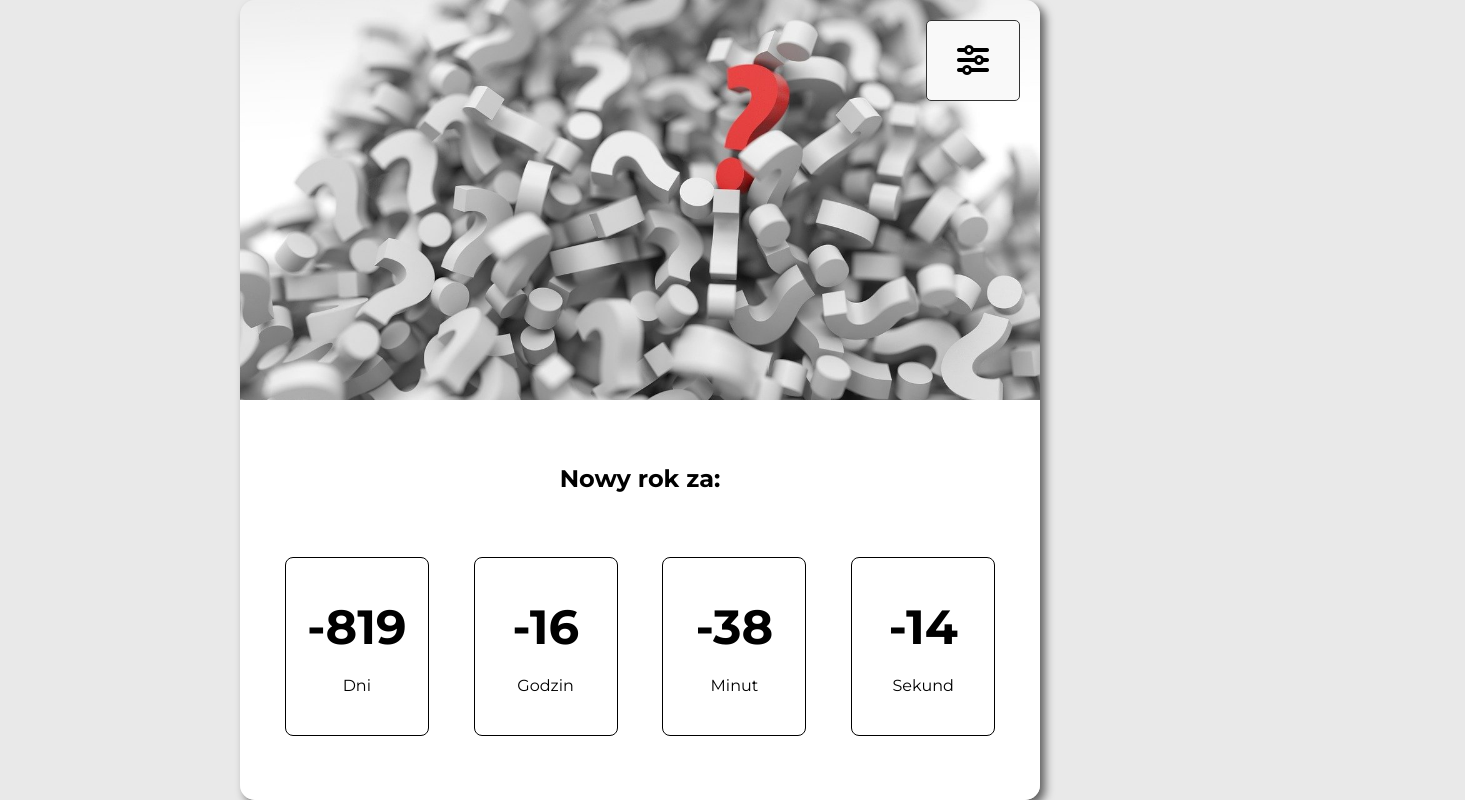
Repository: kimi1723/Countdown-timer
Page: index.html
These files come from the project's save history. The page is drawn as it stood at one moment and after the next save; the edit follows.
The browser window is 1280 px wide. The page is 1280 px wide, then 1465 px, so the pictures cover 1465 px, including what lies to the right of the window. The pictures show the whole page.
Some web libraries are served in a nearby version.

Above is the page before, as saved 2023-03-30 23:30:51.

After the next save:
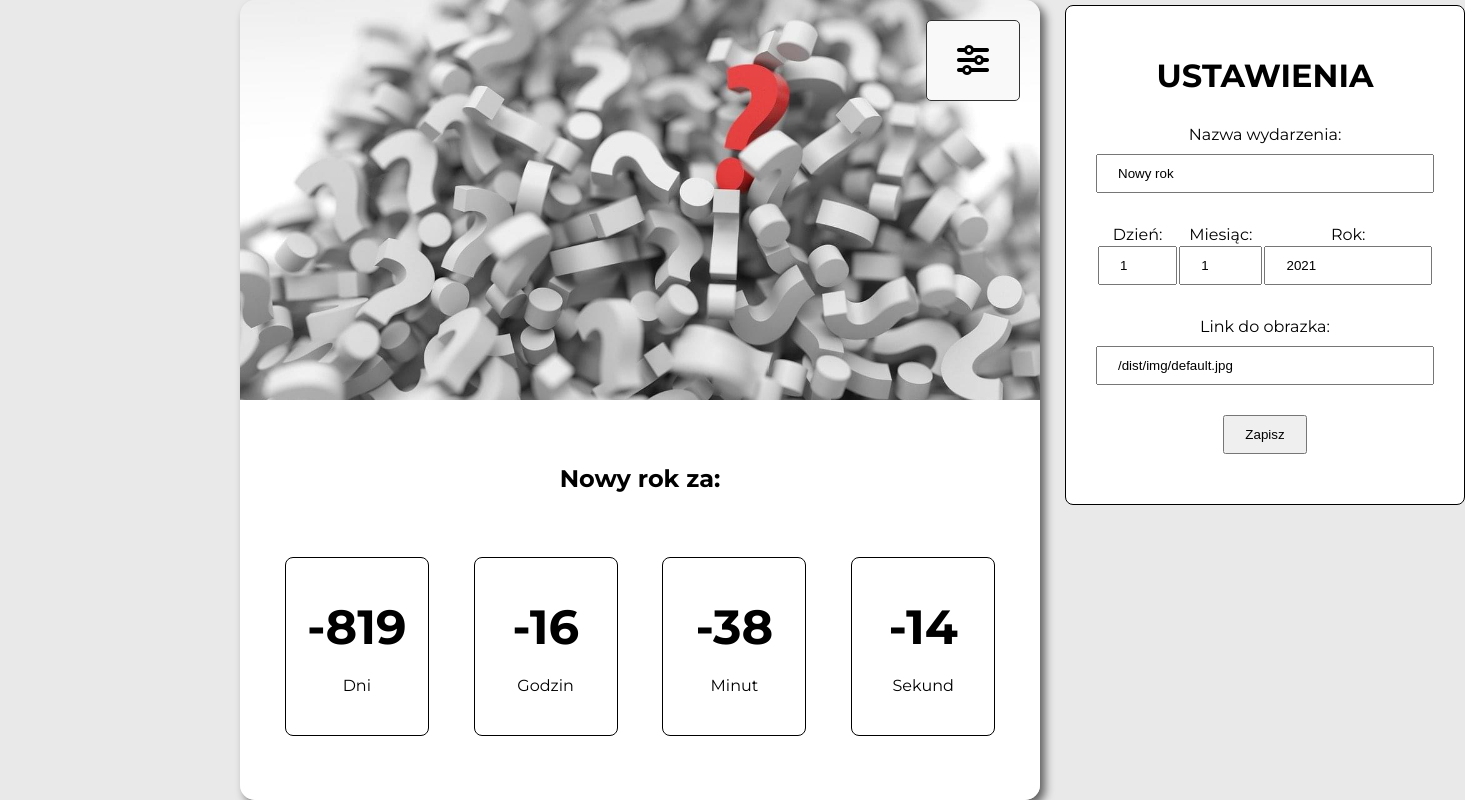
Saved 37 s later.
--- a/index.html
+++ b/index.html
@@ -18,7 +18,7 @@
 
     <div class="counter-app">
 
-        <div class="settings">
+        <div class="settings active">
             <h1>ustawienia</h1>
             <label for="event-name">Nazwa wydarzenia:</label>
             <input type="text" id="event-name" value="Nowy rok">
@@ -35,7 +35,7 @@
                 </tr>
             </table>
             <label for="event-image">Link do obrazka:</label>
-            <input type="text" id="event-image" value="default.jpg">
+            <input type="text" id="event-image" value="/dist/img/default.jpg">
 
             <button class="save">Zapisz</button>
 
